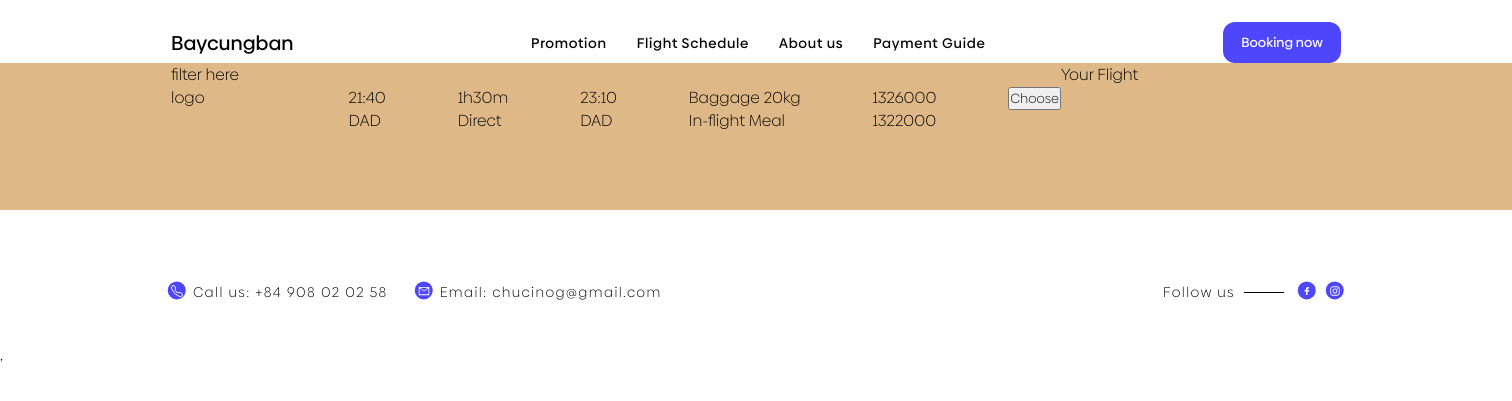
Repository: pinocoding/my-flying
Page: /list (app in my-flying/)
These files come from the project's save history. The page is drawn as it stood at one moment and after the next save; the edit follows.
The browser window is 1280 px wide. The page is 1512 px wide, so the pictures cover 1512 px, including what lies to the right of the window. The pictures show the whole page.
The project was rebuilt for these pictures with package versions that can differ from the ones it lists, and the page was loaded fresh each time. Also part of the build but not shown: my-flying/src/components/InDecreaBtn/InDecreaBtn.js, my-flying/src/components/TravelBooking/TravelBooking.css, my-flying/src/components/TravelBooking/TravelBooking.js, my-flying/src/components/home/Home.css, my-flying/src/components/home/Home.js. Imported but missing from the stored project, and not drawn on this page: my-flying/src/reportWebVitals.

Above is the page before, as saved 2022-09-09 16:54:41.

### my-flying/src/index.js
import React from "react";
import ReactDOM from "react-dom/client";
import "./index.css";
import App from "./App";
import reportWebVitals from "./reportWebVitals";
import "./font/SVN-Biennale/Biennale-Bold.otf";
const root = ReactDOM.createRoot(document.getElementById("root"));
root.render(
  <React.StrictMode>
    <App />
  </React.StrictMode>
);

// If you want to start measuring performance in your app, pass a function
// to log results (for example: reportWebVitals(console.log))
// or send to an analytics endpoint. Learn more: https://bit.ly/CRA-vitals
reportWebVitals();

### my-flying/src/index.css
@font-face {
  font-family: "SVN-Biennale";
  src: local("SVN-Biennale"),
    url("./font/SVN-Biennale/Biennale-Light.otf") format("opentype");

  font-weight: 400;
}

@font-face {
  font-family: "SVN-Biennale";
  src: local("SVN-Biennale"),
    url("./font/SVN-Biennale/Biennale-Medium.otf") format("opentype");

  font-weight: 600;
}

### my-flying/src/App.js
import React from "react";

import { render } from "react-dom";
import { BrowserRouter, Routes, Route } from "react-router-dom";
import Home from "../src/components/Home/Home";
import List from "./components/List/List";
import "./App.css";
function App() {
  return (
    <div className="App">
      <BrowserRouter>
        <Routes>
          <Route path="/" element={<Home />} />
          <Route path="/list" element={<List />} />
        </Routes>
      </BrowserRouter>
      ,
    </div>
  );
}

export default App;

### my-flying/src/components/List/List.js
import React from "react";
import Header from "../Header/Header";
import Footer from "../Footer/Footer";
import "./List.css";
import FlightInfor from "../FlightsInfor/FlightInfor";
function List() {
  return (
    <div className="list">
      <Header />

      <div className="list-container">
        <div className="list-infor">
          {" "}
          <div className="list-filter">filter here</div>
          <div className="list-row">
            <FlightInfor />
          </div>
        </div>

        <div className="list-userFlight">Your Flight</div>
      </div>
      <Footer />
    </div>
  );
}

export default List;

### my-flying/src/App.css
* {
  box-sizing: border-box;
  margin: 0;
  padding: 0;
  scroll-behavior: smooth;
  font-family: "SVN-Biennale", Courier, monospace;
}
.App {
  width: 1512px;
  margin: 0 auto;
}

### my-flying/src/components/Header/Header.js
import React from "react";
import "./Header.css";

function Header() {
  return (
    <div className="header">
      <div className="header-logo">
        <div className="header-logo-name">Baycungban</div>
        {/* <div>img</div>
        <div>img</div> */}
      </div>

      <ul className="header-nav">
        <li>
          <a href="/#">Promotion</a>
        </li>
        <li>
          <a href="/flight-schedule">Flight Schedule</a>
        </li>
        <li>
          <a href="/#">About us</a>
        </li>
        <li>
          <a href="/#">Payment Guide</a>
        </li>
      </ul>

      <button className="header-booking">Booking now</button>
    </div>
  );
}

export default Header;

### my-flying/src/components/Footer/Footer.js
import React from "react";
import { BsTelephone } from "react-icons/bs";
import { AiOutlineMail, AiOutlineInstagram } from "react-icons/ai";
import { TiSocialFacebook } from "react-icons/ti";
import "./Footer.css";
function Footer() {
  return (
    <div className="footer">
      <ul>
        <li>
          <a href="/#" className="footer-link">
            <BsTelephone className="footer-icon" />
          </a>
          <span>Call us: +84 908 02 02 58</span>
        </li>

        <li>
          <a href="/#" className="footer-link">
            <AiOutlineMail className="footer-icon" />
          </a>
          <span>Email: chucinog@gmail.com</span>
        </li>
      </ul>

      <div>
        <span className="footer-follow">Follow us</span>
        <a href="/#" className="footer-link footer-facebook">
          <TiSocialFacebook className="footer-icon" />
        </a>
        <a href="/#" className="footer-link">
          <AiOutlineInstagram className="footer-icon" />
        </a>
      </div>
    </div>
  );
}

export default Footer;

### my-flying/src/components/List/List.css
.list-container {
  display: flex;

  background-color: burlywood;
  padding: 0 171px 0 171px;
}

.list-row {
  width: 890px;
  height: 124px;
  border-radius: 12px;
}

### my-flying/src/components/FlightsInfor/FlightInfor.js
import React from "react";
import "./FlightInfor.css";

function FlightInfor() {
  return (
    <div className="flight-container">
      <ul>
        <li>logo</li>
        <li className="flight-name"></li>
        <li className="flight-time">
          <p>21:40</p>
          <p>DAD</p>
        </li>

        <li className="flight-direc">
          <p>1h30m</p>
          <p></p>
          <p>Direct</p>
        </li>
        <li className="flight-time">
          <p>23:10</p>
          <p>DAD</p>
        </li>

        <li className="flight-meal">
          <p>Baggage 20kg </p>
          <p>In-flight Meal </p>
        </li>

        <li className="flight-price">
          <p>1326000</p>
          <p>1322000</p>
        </li>
        <li className="flight-choose">
          <button>Choose</button>
        </li>
      </ul>
    </div>
  );
}

export default FlightInfor;

### my-flying/src/components/Header/Header.css
.header {
  display: flex;
  justify-content: space-between;
  text-align: center;
  padding: 22px 171px 0 171px;
}
.header-logo {
  display: flex;
}
.header-logo-name {
  font-weight: 600;
  font-size: 20px;
  align-items: center;
  display: flex;
}
.header-nav {
  display: flex;
  list-style: none;
  justify-content: space-between;
  gap: 0 30px;
  align-items: center;
}
.header-nav li a {
  color: rgba(0, 0, 0, 1);
  text-decoration: none;
  font-family: "SVN-Biennale";
  font-style: normal;
  font-weight: 600;
  font-size: 14px;
  line-height: 21px;

  text-align: center;
  letter-spacing: 0.05em;
}
.header-booking {
  background-color: rgba(77, 70, 250, 1);
  color: white;
  height: 41px;
  width: 118px;
  left: 1223px;
  top: 38px;
  border-radius: 12px;
  padding: 10px 16px 10px 16px;
  border: none;
  cursor: pointer;
  font-weight: 600;
}

### my-flying/src/components/Footer/Footer.css
.footer {
  display: flex;
  justify-content: space-between;
  text-align: center;
  width: 100%;
  padding: 70px 171px 40px 171px;
}
.footer ul {
  list-style: none;
  display: flex;
  gap: 0 30px;
}
.footer-link {
  position: relative;
}
.footer-icon {
  color: white;
  font-size: 12px;
}

.footer-link:after {
  content: "";
  position: absolute;
  top: 0;
  left: 0;
  width: 18px;
  height: 18px;
  border-radius: 50%;
  transform: translate(-18%, 8%);
  background-color: #4d46fa;

  z-index: -1;
}
.footer ul li span {
  padding-left: 10px;
  font-family: "SVN-Biennale";
  font-style: normal;
  font-weight: 400;
  font-size: 14px;
  line-height: 21px;
  /* identical to box height */

  letter-spacing: 0.1em;

  color: #000000;
}
.footer-follow {
  width: 72px;
  height: 21px;
  font-family: "SVN-Biennale";
  font-style: normal;
  font-weight: 400;
  font-size: 14px;
  line-height: 21px;
  /* identical to box height */

  letter-spacing: 0.1em;

  color: #000000;

  position: relative;
  margin-right: 50px;
}

.footer-follow:after {
  content: "";
  position: absolute;
  top: 50%;
  right: 0;
  width: 40px;
  height: 1px;
  left: 81px;
  background-color: black;

  z-index: -1;
}
.footer-facebook {
  margin: 0 16px 0 16px;
}

### my-flying/src/components/FlightsInfor/FlightInfor.css
.flight-container {
  width: 100%;
}

.flight-container ul {
  list-style: none;
  display: flex;
  justify-content: space-between;
}

After the next save:
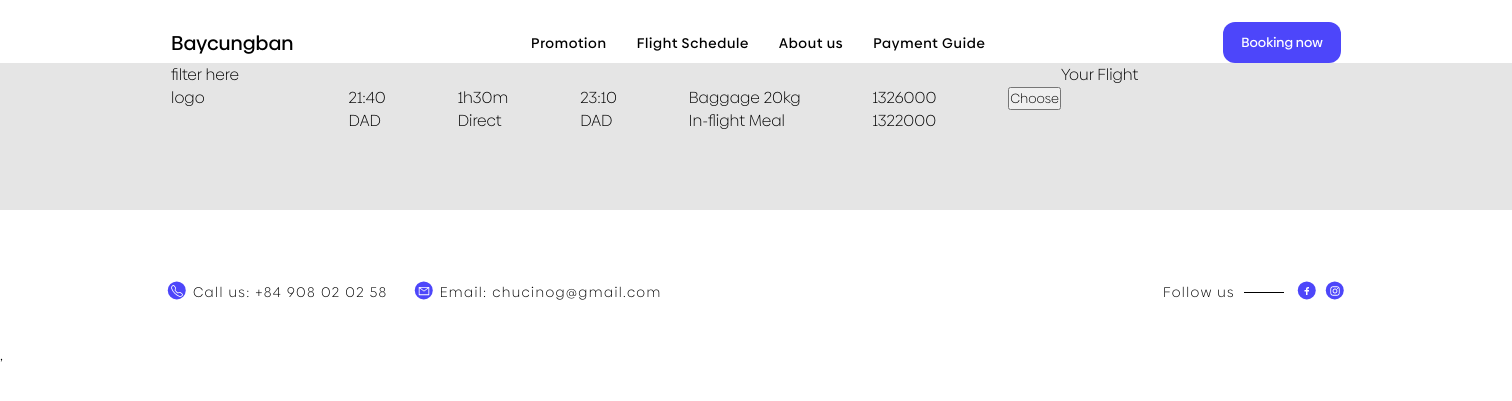
Saved 43 s later.
--- a/my-flying/src/components/List/List.css
+++ b/my-flying/src/components/List/List.css
@@ -1,7 +1,7 @@
 .list-container {
   display: flex;
 
-  background-color: burlywood;
+  background-color: #e5e5e5;
   padding: 0 171px 0 171px;
 }
 
